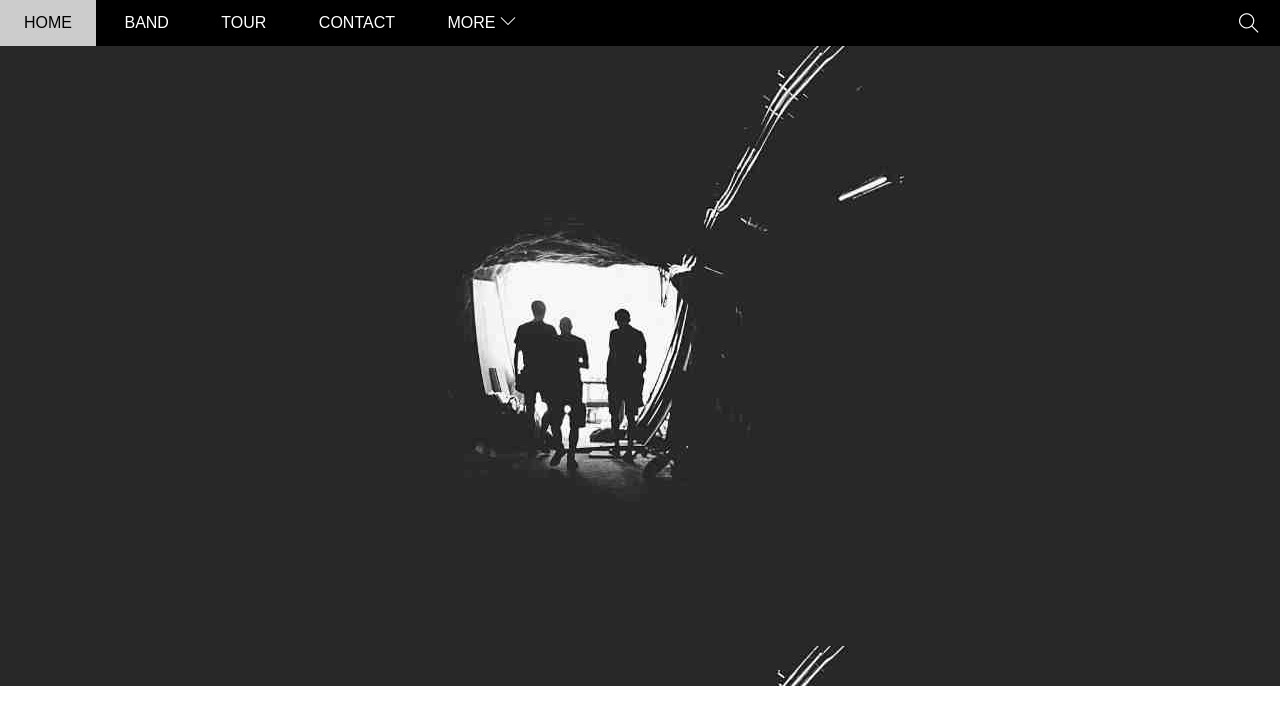
Repository: minhnguyennn/w3_band_music
Page: index.html
The author's editor kept a copy of each file at every save. The page is drawn from the files as they stood at one save, then again after a run of saves.
The browser window is 1280 px wide. The pictures show the whole page.

Above is the page before, as saved 2023-02-18 20:06:47.

### index.html
<!DOCTYPE html>
<html lang="en">
<head>
    <meta charset="UTF-8">
    <meta http-equiv="X-UA-Compatible" content="IE=edge">
    <meta name="viewport" content="width=device-width, initial-scale=1.0">
    <title>Document</title>
    <link rel="stylesheet" href="./assets/css/style.css">
    <link rel="stylesheet" href="./assets/fonts/themify-icons-font/themify-icons/themify-icons.css">
</head>
<body>
    <div id="main">
        <div id="header">
            <!-- Begin: nav -->
            <ul id="nav">
                <li><a href="">Home</a></li>
                <li><a href="">Band</a></li>
                <li><a href="">Tour</a></li>
                <li><a href="">Contact</a></li>
                <li>
                    <a href="">
                        More
                        <i class="nav-arrow-down ti-angle-down"></i>
                    </a>
                    <ul class="subnav">
                        <li><a href="">Merchandise</a></li>
                        <li><a href="">Extras</a></li>
                        <li><a href="">Media</a></li>
                    </ul>
                </li>
            </ul>
            <!-- End: nav -->

            <!-- Begin: search button -->
            <div class="search-btn">
                <i class="search-icon ti-search"></i>
            </div>
            <!-- End: search button -->

        </div>

        <div id="slider">

        </div>

        <div id="content">

        </div>

        <div id="footer">

        </div>

    </div>
</body>
</html>

### assets/css/style.css
/* Reset CSS */
* {
   padding: 0;
   margin: 0;
   box-sizing: border-box;
}

html {
   font-family: Arial, Helvetica, sans-serif;
}

#main {
}

#header {
   position: fixed;
   top: 0;
   left: 0;
   right: 0;
   height: 46px;
   background-color: #000;
}

#nav {
   display: inline-block;
}

#nav,
.subnav {
   list-style-type: none;
}

#nav > li {
   display: inline-block;
}

#nav li {
   position: relative;
}

#nav > li > a {
   color: #fff;
   text-transform: uppercase;
   padding: 0 24px;
   line-height: 46px;
}

#nav li a {
   text-decoration: none;
   display: inline-block;
}

#nav li:hover .subnav {
   display: block;
}

#nav > li:hover > a {
   color: #000;
   background-color: #ccc;
}

#nav > .nav-arrow-down {
   font-size: 14px;
}

#nav .subnav {
   min-width: 160px;
   display: none;
   position: absolute;
   top: 100%;
   left: 0;
   background-color: #fff;
   box-shadow: 0 0 10px gray;
}

#nav .subnav a {
   color: #000;
   padding: 0 16px;
   line-height: 32px;
}

#nav .subnav li:hover {
   background-color: #ccc;
}

#header > .search-btn {
   float: right;
   padding: 0 21px;
}

#header > .search-btn:hover {
   background-color: red;
   cursor: pointer;
}

#header > .search-btn > .search-icon {
   color: #fff;
   font-size: 20px;
   line-height: 46px;
}

#slider {
   margin-top: 46px;
   padding-top: 50%;
   background: url("/assets/img/Slider/slider1.jpg");
}

#content {
}

#footer {
}

Loaded but not shown: assets/fonts/themify-icons-font/themify-icons/themify-icons.css (common file)

After the next 4 saves:
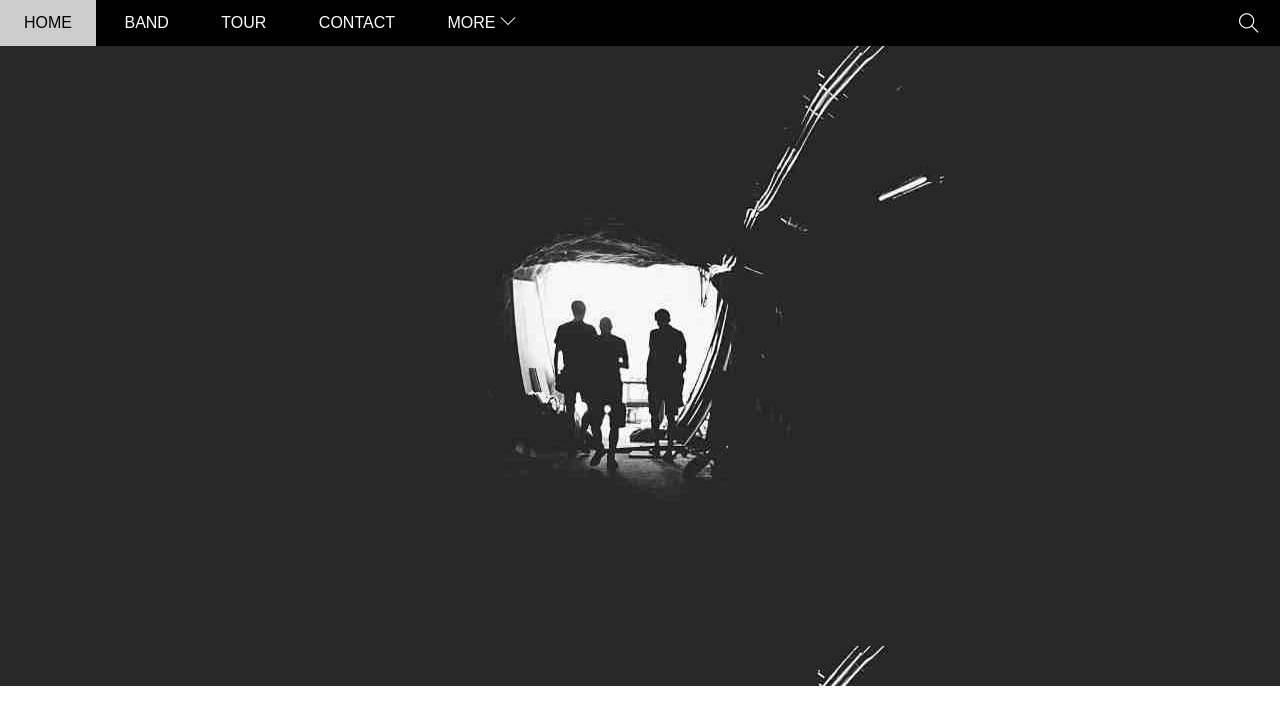
The 4 saves are shown as one change because they came seconds apart.
The last was saved 78 s later.
--- a/assets/css/style.css
+++ b/assets/css/style.css
@@ -102,7 +102,7 @@ html {
 #slider {
    margin-top: 46px;
    padding-top: 50%;
-   background: url("/assets/img/Slider/slider1.jpg");
+   background: url("/assets/img/Slider/slider1.jpg") top center ;
 }
 
 #content {
